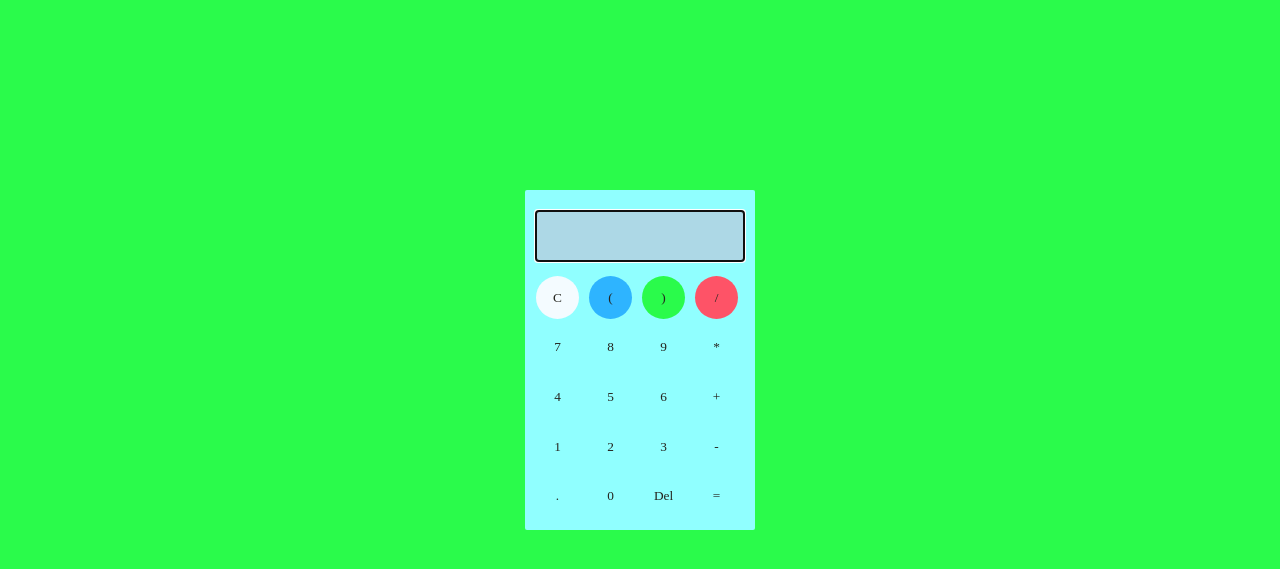
Repository: ServerK001/CalcJsVanilha
Page: index.html
The author's editor kept a copy of each file at every save. The page is drawn from the files as they stood at one save, then again after the next save.
The browser window is 1280 px wide. The pictures show the whole page.
The first visible `input[type=text]` has the focus.

Above is the page before, as saved 2022-02-14 22:07:20.

After the next save:
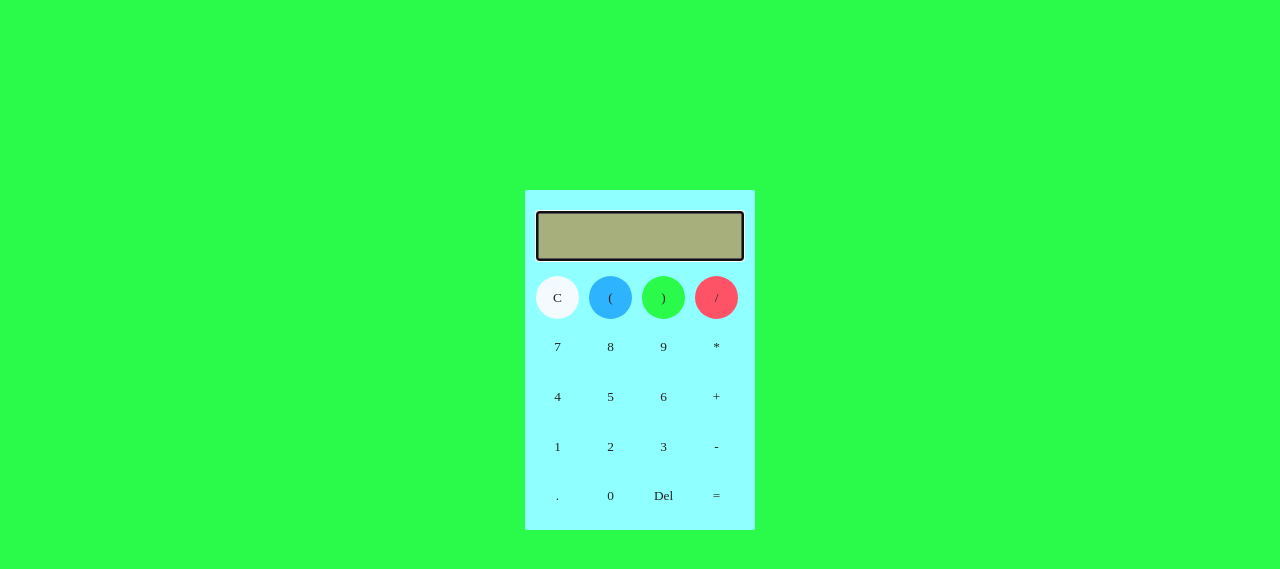
Saved 49 s later.
--- a/style.css
+++ b/style.css
@@ -41,10 +41,8 @@ input[type=text] {
     box-sizing: border-box;
   }
   input[type=text]:focus {
-    background-color: lightblue;
-    border: none;
+    border: 3px solid #555;
   }
-
 .btn{
     font-family: "Unibody 8";
     color:var(--btn);
